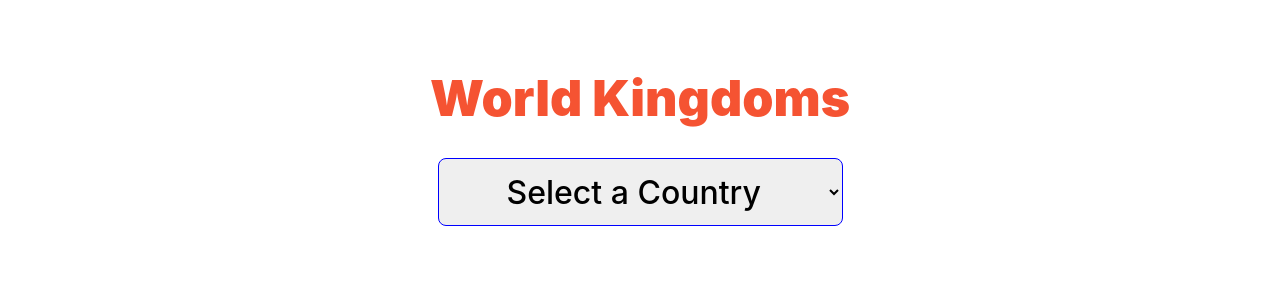
Repository: GloGlorGloria/COMP3170-lab7
Page: /
An editor plug-in stored every save of this project. The page is shown before and after the next save, followed by the edit.
The browser window is 1280 px wide. The pictures show the whole page.
The page's requests for data from a server got no answer. The project was rebuilt for these pictures with package versions that can differ from the ones it lists, and the page was loaded fresh each time. No one was signed in, and anything a server would have sent is missing. Also part of the build but not shown: vite.config.js, src/components/Details.jsx.

Above is the page before, as saved 2024-11-24 02:20:42.

After the next save:
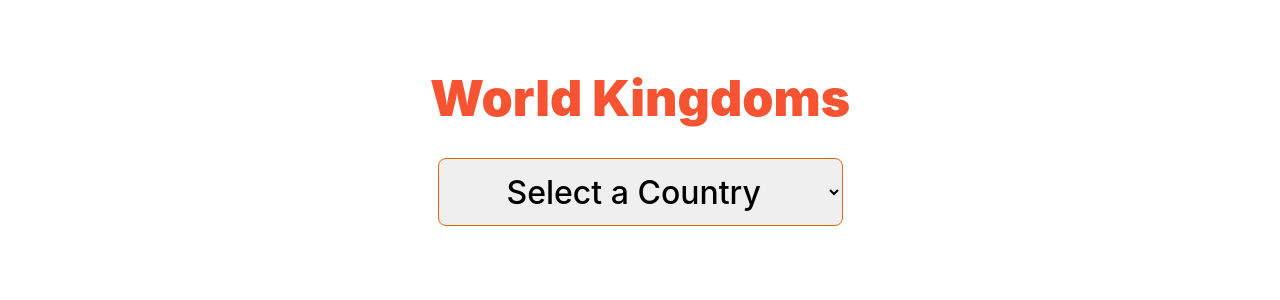
Saved 15 s later.
--- a/src/index.css
+++ b/src/index.css
@@ -36,7 +36,7 @@ h1:hover{
 .dropdown {
   border-radius: 8px;
   justify-content: center;
-  border: 1px solid blue;
+  border: 1px solid #e3690c;
   padding: 0.4em 2em;
   font-size: 2em;
   font-weight: 500;
@@ -44,7 +44,7 @@ h1:hover{
   cursor: pointer;
 }
 .dropdown:hover {
-  border-color: #e3690c;
+  border-color: ;
 }
 
 
